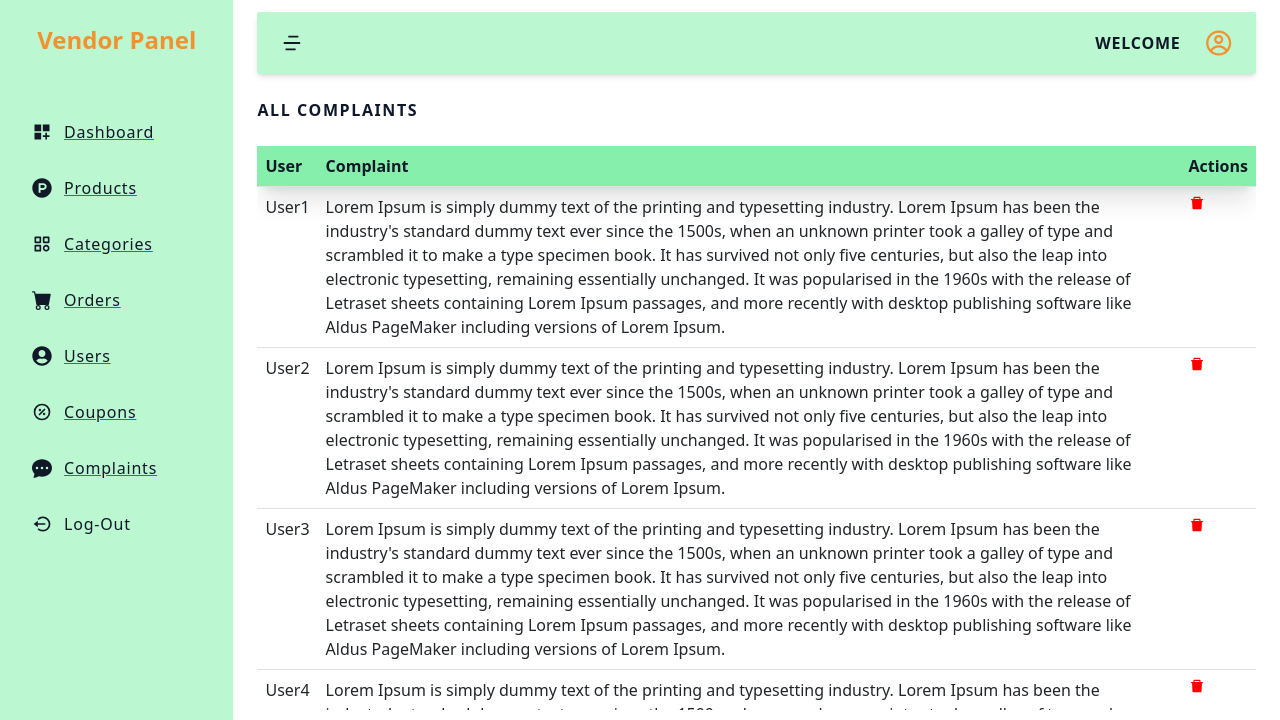
Repository: FlyweisReact/JitenderAdminPanel
Page: /chat
The author's editor kept a copy of each file at every save. The page is drawn from the files as they stood at one save, then again after the next save.
The browser window is 1280 px wide. The pictures show the whole page.
An inner scrolling area shows only its first screen. The project was rebuilt for these pictures with package versions that can differ from the ones it lists, and the page was loaded fresh each time. Also part of the build but not shown: src/components/forms/Login.jsx, src/components/pages/Dashboard.jsx, src/components/vendorPanel/components/layout/Navbar.jsx, src/components/vendorPanel/components/layout/Sidebar.jsx, src/components/vendorPanel/components/layout/HOC.jsx, src/components/vendorPanel/components/pages/Message/Message.js, src/components/pages/UserKundli/UserKundli.jsx, src/components/pages/discount/Discount.jsx and 18 more.

Above is the page before, as saved 2022-11-05 17:06:52.

After the next save:
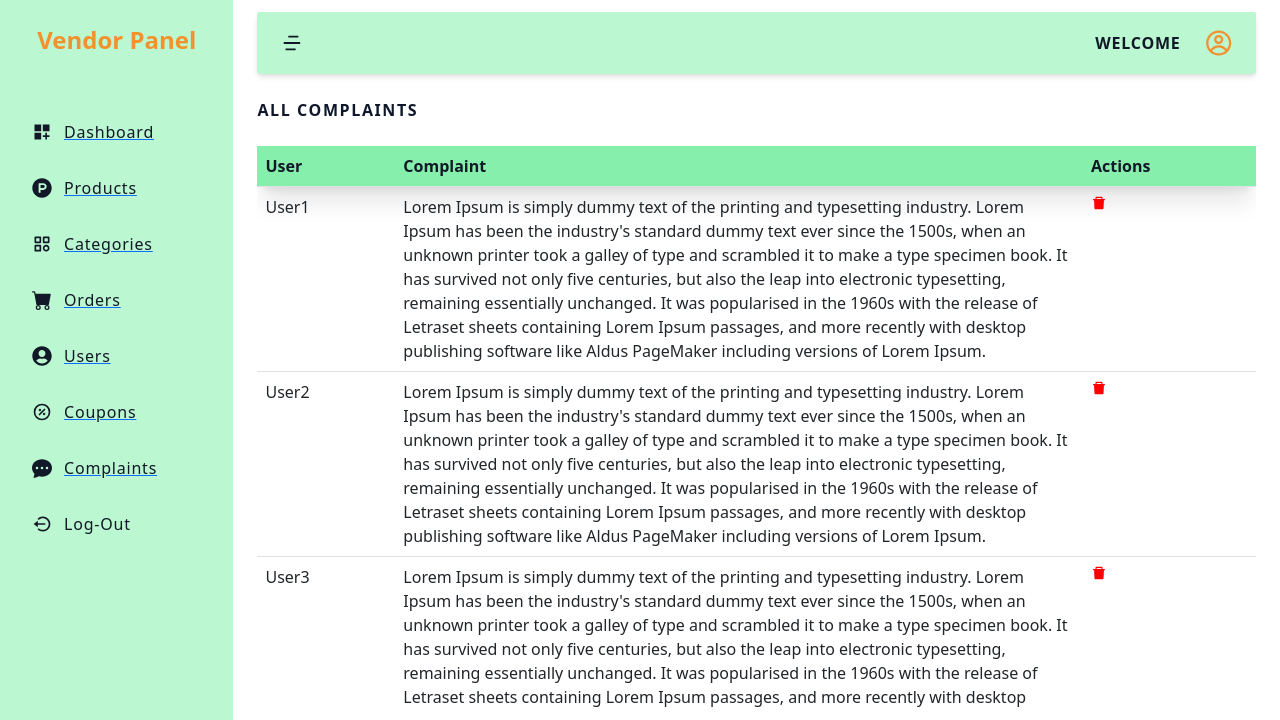
Saved 4 s later.
--- a/src/components/pages/reactChat/Chat.js
+++ b/src/components/pages/reactChat/Chat.js
@@ -77,7 +77,7 @@ const Chat = () => {
               {products?.map((i, index) => (
                 <tr key={index} style={{ marginTop: "1%" }}>
                   <td>{i.user} </td>
-                  <td style={{maxWidth :'' , overflow :'scroll'}}>{i.com} </td>
+                  <td style={{maxWidth :'300px' , overflow :'scroll'}}>{i.com} </td>
 
                   <td>
                     <span style={{ display: "flex", gap: "5px" }}>
